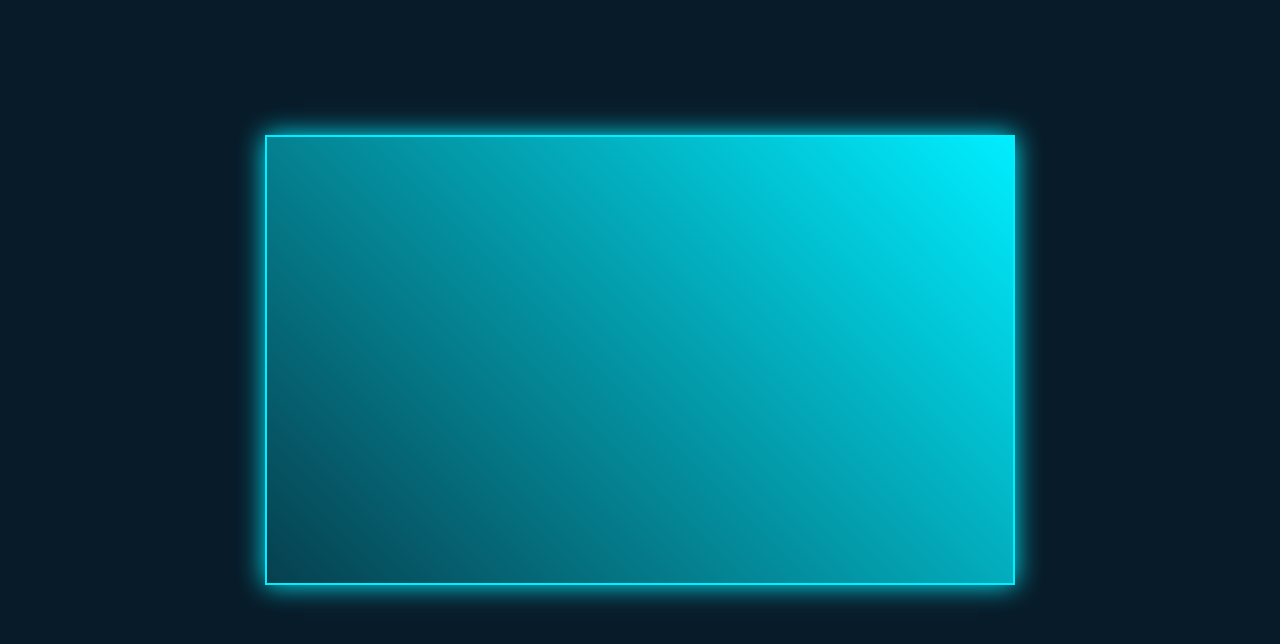
Repository: swastikjhacoder/Login-Registration-HTML
Page: index.html
These files come from the project's save history. The page is drawn as it stood at one moment and after the next save; the edit follows.
The browser window is 1280 px wide. The pictures show the whole page.

Above is the page before, as saved 2023-09-18 15:53:56.
Not found: js/toastify.js

After the next save:
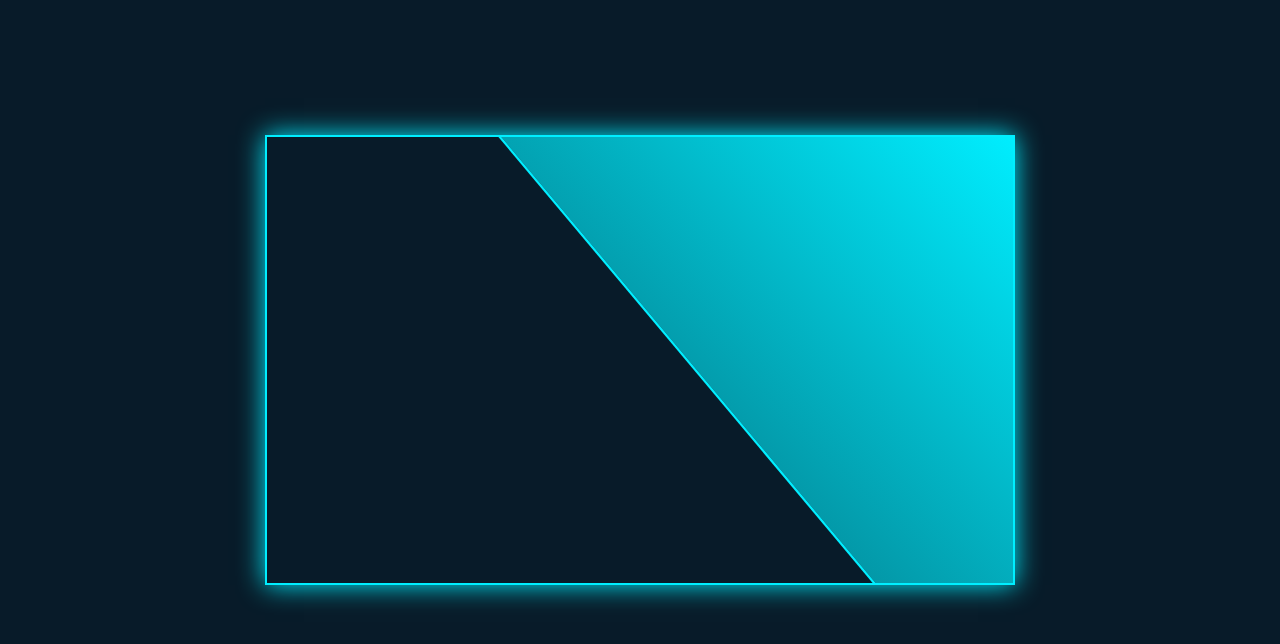
Saved 6 s later.
--- a/style.css
+++ b/style.css
@@ -205,6 +205,5 @@ body {
     background: #081b29;
     border-top: 3px solid #0ef;
     transform: rotate(10deg) skewY(40deg);
-    transform: rotate(0) skewY(0);
     transform-origin: bottom right;
 }
